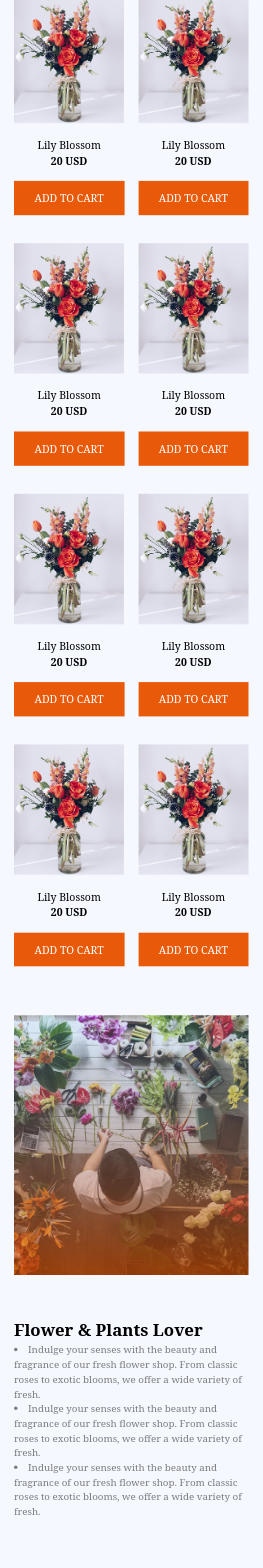
Repository: nahid-hasann/website-7
Page: index.html
An editor plug-in stored every save of this project. The page is shown before and after a run of saves, followed by the edit.
The browser window is 375 px wide. The pictures show the part of the page from y = 888 to 3128 px (the page is 3128 px tall before and 3098 px after), at 70% of full size.
Some web libraries are served in a nearby version.

Above is the page before, as saved 2025-07-24 13:15:05.

After the next 3 saves:
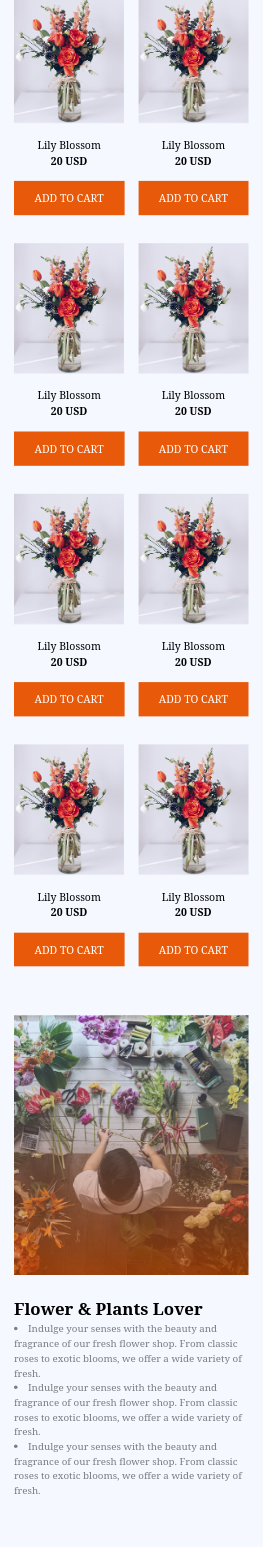
The 3 saves are shown as one change because they came seconds apart.
The last was saved 27 s later.
--- a/style.css
+++ b/style.css
@@ -281,6 +281,7 @@ nav{
 
 .plants-lover-content h1{
     font-size: 24px;
+    margin-top: -30px;
 }
 
 .plants-lover-content or li{
